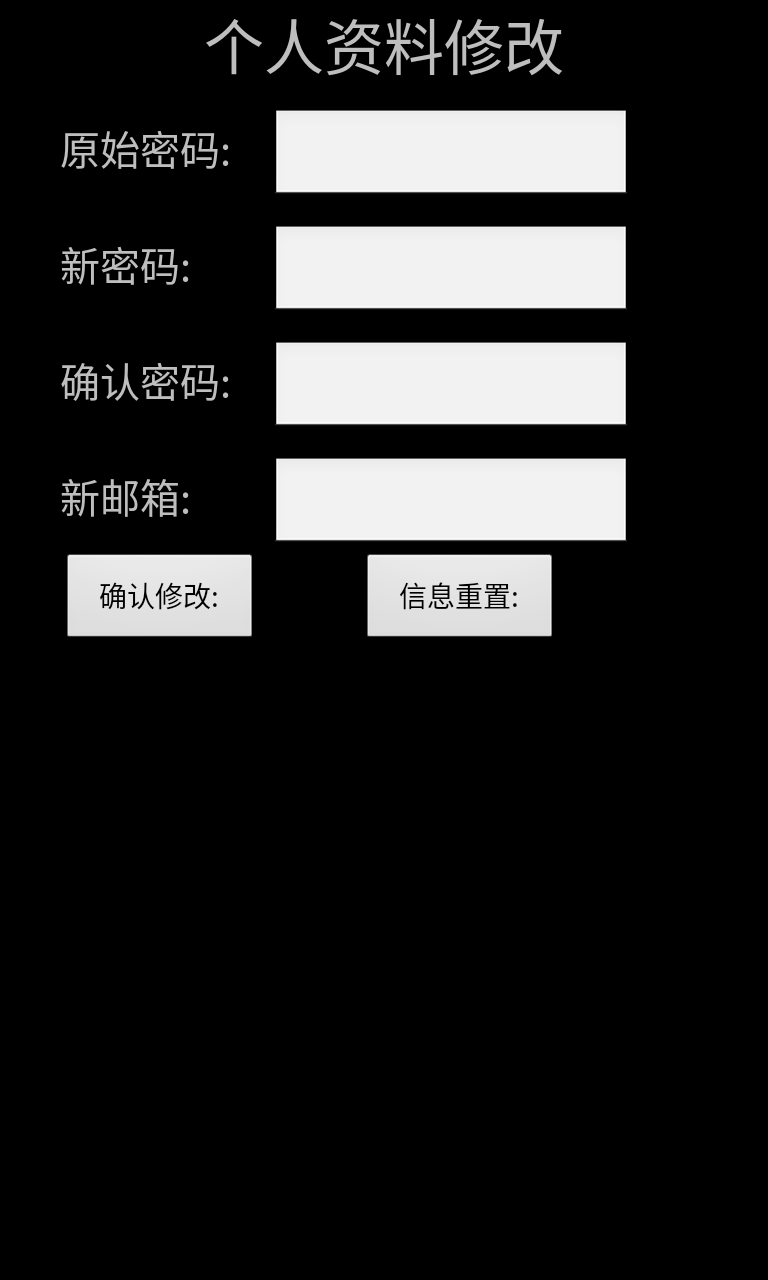
Repository: jcyfkimi/Android-TaoTao
Layout: TaoTao/res/layout/manageuserinfo.xml
These files come from the project's save history. The layout is drawn as it stood at one moment and after the next save; the edit follows.
It is drawn on a 768 x 1280 px phone screen (xhdpi) without system bars, with theme android:Theme; the app's code is not run.

Above is the layout before, as saved 2011-09-16 06:05:14.

### TaoTao/res/layout/manageuserinfo.xml
<?xml version="1.0" encoding="utf-8"?>
<LinearLayout
  xmlns:android="http://schemas.android.com/apk/res/android"
  android:orientation="vertical"
  android:layout_width="match_parent"
  android:layout_height="match_parent">

    <TextView android:id="@+id/goodlistview"
    	android:layout_width="wrap_content"
    	android:layout_height="wrap_content"
    	android:layout_gravity="center_horizontal"
    	android:text="@string/manageinfoupdate"
    	android:textSize="30dip"/>
   	<LinearLayout
	  xmlns:android="http://schemas.android.com/apk/res/android"
	  android:orientation="horizontal"
	  android:layout_width="wrap_content"
	  android:layout_height="wrap_content">
	  <TextView android:layout_width="wrap_content"
	  	android:layout_height="wrap_content"
	  	android:layout_marginLeft="30dip"
	  	android:layout_marginTop="10dip"
	  	android:text="@string/manageinfopass"
	  	android:textSize="20dip"/>
	  <EditText android:id="@+id/origpass"
	  	android:layout_width="180dip"
	  	android:layout_height="wrap_content"
	  	android:layout_marginLeft="20dip"
	  	android:layout_marginTop="10dip"/>
	  </LinearLayout>
	  <LinearLayout
	  xmlns:android="http://schemas.android.com/apk/res/android"
	  android:orientation="horizontal"
	  android:layout_width="wrap_content"
	  android:layout_height="wrap_content">
	  <TextView android:layout_width="wrap_content"
	  	android:layout_height="wrap_content"
	  	android:layout_marginLeft="30dip"
	  	android:layout_marginTop="10dip"
	  	android:text="@string/manageinfonewpass"
	  	android:textSize="20dip"/>
	  <EditText android:id="@+id/newpass"
	  	android:layout_width="180dip"
	  	android:layout_height="wrap_content"
	  	android:layout_marginLeft="40dip"
	  	android:layout_marginTop="10dip"/>
	  </LinearLayout>
	  <LinearLayout
	  xmlns:android="http://schemas.android.com/apk/res/android"
	  android:orientation="horizontal"
	  android:layout_width="wrap_content"
	  android:layout_height="wrap_content">
	  <TextView android:layout_width="wrap_content"
	  	android:layout_height="wrap_content"
	  	android:layout_marginLeft="30dip"
	  	android:layout_marginTop="10dip"
	  	android:text="@string/manageinfonewpasscfm"
	  	android:textSize="20dip"/>
	  <EditText android:id="@+id/newpasscfm"
	  	android:layout_width="180dip"
	  	android:layout_height="wrap_content"
	  	android:layout_marginLeft="20dip"
	  	android:layout_marginTop="10dip"/>
	  </LinearLayout>
	  <LinearLayout
	  xmlns:android="http://schemas.android.com/apk/res/android"
	  android:orientation="horizontal"
	  android:layout_width="wrap_content"
	  android:layout_height="wrap_content">
	  <TextView android:layout_width="wrap_content"
	  	android:layout_height="wrap_content"
	  	android:layout_marginLeft="30dip"
	  	android:layout_marginTop="10dip"
	  	android:text="@string/manageinfonewemail"
	  	android:textSize="20dip"/>
	  <EditText android:id="@+id/newemail"
	  	android:layout_width="180dip"
	  	android:layout_height="wrap_content"
	  	android:layout_marginLeft="40dip"
	  	android:layout_marginTop="10dip"/>
	  </LinearLayout>

	  <LinearLayout
	  xmlns:android="http://schemas.android.com/apk/res/android"
	  android:orientation="horizontal"
	  android:layout_width="wrap_content"
	  android:layout_height="wrap_content">
	  	<Button android:id="@+id/btnuserinfoupdate"
	  		android:layout_width="100dip"
	  		android:layout_height="wrap_content"
	  		android:layout_marginLeft="30dip"
	  		android:text="@string/btnupdate"/>
	  	<Button android:id="@+id/btnreset"
	  		android:layout_width="100dip"
	  		android:layout_height="wrap_content"
	  		android:layout_marginLeft="50dip"
	  		android:text="@string/btnreset"/>
	  </LinearLayout>


</LinearLayout>

### TaoTao/res/values/strings.xml
<?xml version="1.0" encoding="utf-8"?>
<resources>
    <string name="app_name">TaoTao</string>
    <string name="logintext">账号:</string>
    <string name="passtext">密码:</string>
    <string name="forgetpass">忘记密码?</string>
    <string name="btnlogin">登录</string>
    <string name="btnreg">注册</string>
    <string name="regtitle">欢迎注册</string>
    <string name="reguname">账        号:</string>
    <string name="regpass">密        码:</string>
    <string name="regpasscfm">确认密码:</string>
    <string name="regemail">电子邮件:</string>
    <string name="rdobuyer">买家</string>
    <string name="rdosailer">卖家</string>
    <string name="regbtn">注册</string>
    <string name="regreset">重置</string>
    <string name="indexhead">淘淘购物</string>
    <string name="searchbtn">搜索</string>
    <string name="menuexit">退出</string>
    <string name="menumanage">管理账号</string>
    <string name="manageinfoupdate">个人资料修改</string>
    <string name="manageinfopass">原始密码:</string>
    <string name="manageinfonewpass">新密码:</string>
    <string name="manageinfonewpasscfm">确认密码:</string>
    <string name="manageinfonewemail">新邮箱:</string>
    <string name="btnupdate">确认修改:</string>
    <string name="btnreset">信息重置:</string>
    <string-array name="switchorder">
    	<item>按价格排序</item>
    	<item>按信誉排序</item>
    	<item>按销量排序</item>
    </string-array>
</resources>

After the next save:
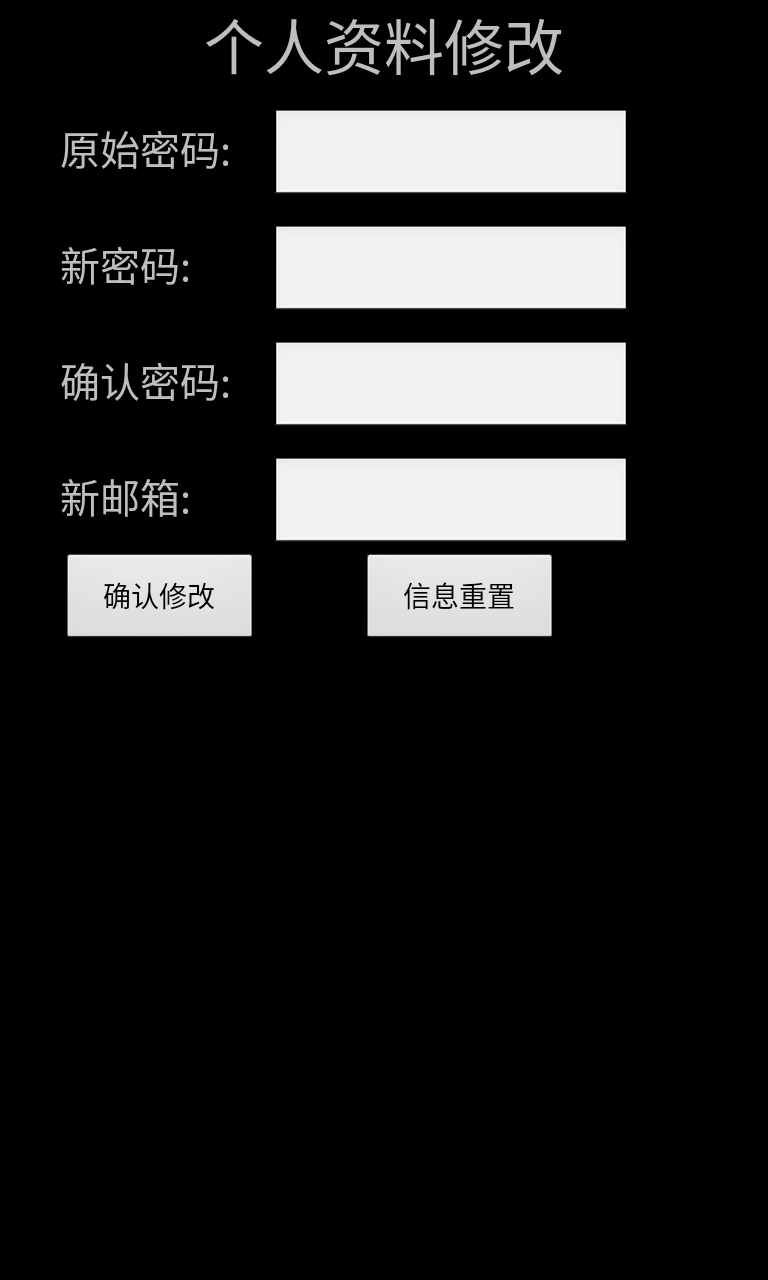
Saved 8 s later.
--- a/TaoTao/res/values/strings.xml
+++ b/TaoTao/res/values/strings.xml
@@ -24,8 +24,8 @@
     <string name="manageinfonewpass">新密码:</string>
     <string name="manageinfonewpasscfm">确认密码:</string>
     <string name="manageinfonewemail">新邮箱:</string>
-    <string name="btnupdate">确认修改:</string>
-    <string name="btnreset">信息重置:</string>
+    <string name="btnupdate">确认修改</string>
+    <string name="btnreset">信息重置</string>
     <string-array name="switchorder">
     	<item>按价格排序</item>
     	<item>按信誉排序</item>
